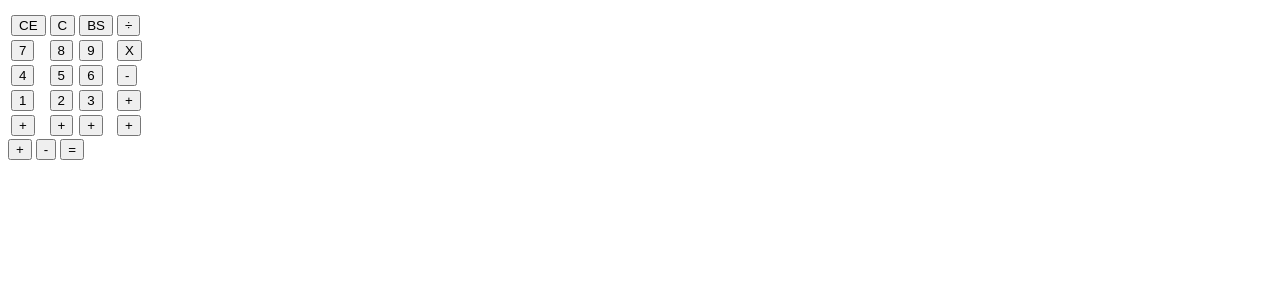
Repository: Dabee-ee/JAVA-lesson2
Page: Personal/JSPPrj/WebContent/calc3.html
An editor plug-in stored every save of this project. The page is shown before and after the next save, followed by the edit.
The browser window is 1280 px wide. The pictures show the whole page.

Above is the page before, as saved 2021-03-13 06:28:14.

After the next save:
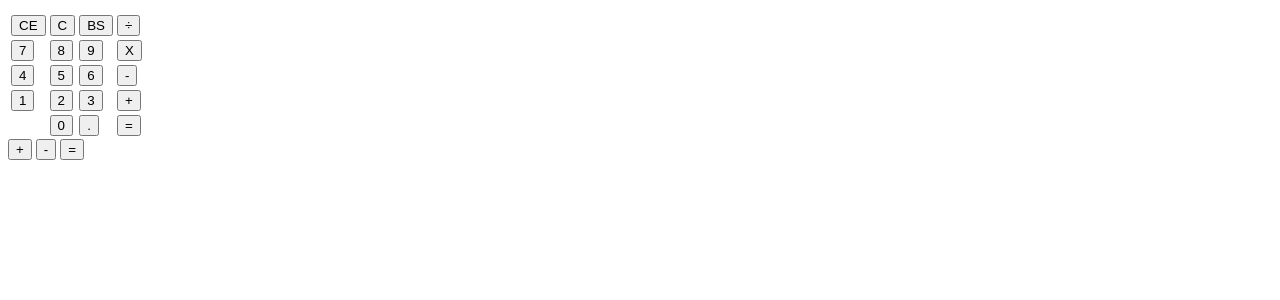
Saved 26 s later.
--- a/Personal/JSPPrj/WebContent/calc3.html
+++ b/Personal/JSPPrj/WebContent/calc3.html
@@ -37,10 +37,10 @@
 					<td><input type="submit" name="operator" value="+" /></td>
 				</tr>
 								<tr>
-					<td><input type="submit" name="operator" value="+" /></td>
-					<td><input type="submit" name="operator" value="+" /></td>
-					<td><input type="submit" name="operator" value="+" /></td>
-					<td><input type="submit" name="operator" value="+" /></td>
+					<td></td>
+					<td><input type="submit" name="operator" value="0" /></td>
+					<td><input type="submit" name="operator" value="." /></td>
+					<td><input type="submit" name="operator" value="=" /></td>
 				</tr>
 
 
